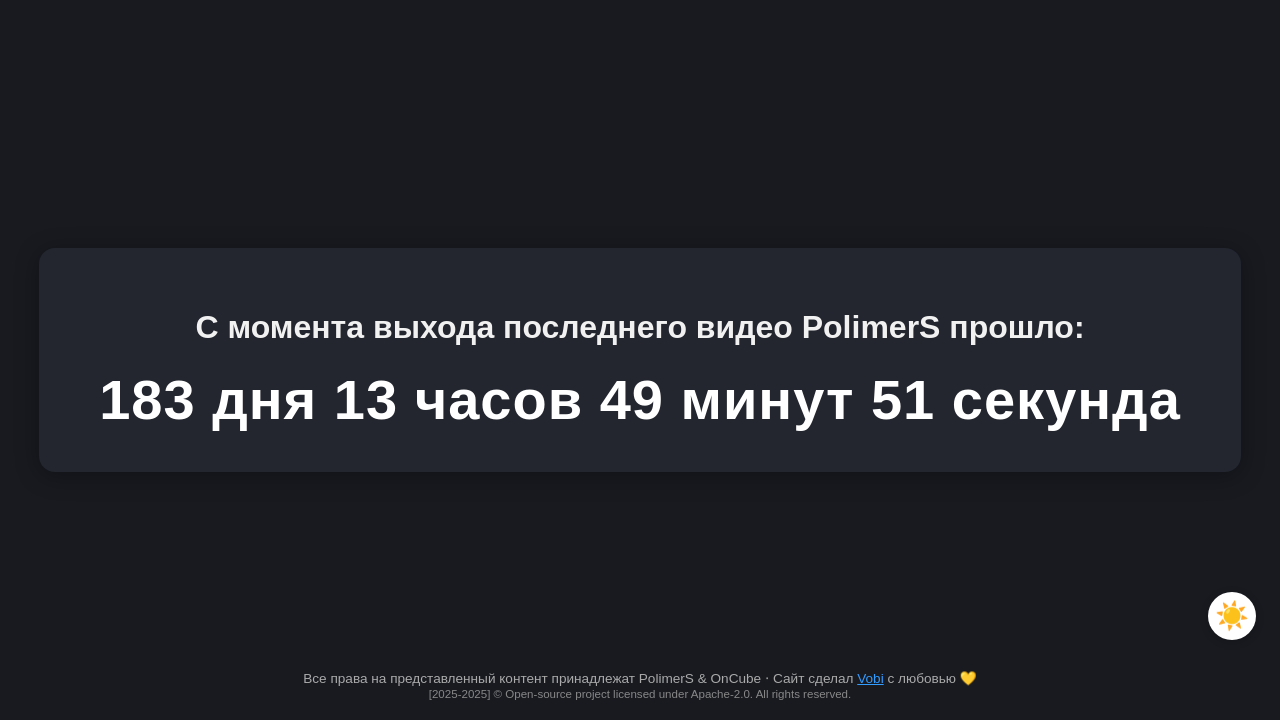
Repository: oncube-dev/OnCube-dev_website
Page: files_for_hosting/clear_html.version/index.html
An editor plug-in stored every save of this project. The page is shown before and after the next save, followed by the edit.
The browser window is 1280 px wide. The pictures show the whole page.

Above is the page before, as saved 2025-07-18 12:14:51.

### files_for_hosting/clear_html.version/index.html
<!DOCTYPE html>
<html lang="ru">
<head>
    <meta charset="UTF-8">
    <title>Платон, когда видео?</title>
    <link rel="stylesheet" href="style.css">
    <style>
        body { transition: background 0.2s, color 0.2s; }
    </style>
</head>
<body>
    <div class="timer-container">
        <h1>С момента выхода последнего видео PolimerS прошло:</h1>
        <div id="timer">Загрузка...</div>
    </div>
    <button id="theme-toggle" class="theme-toggle-btn" title="Переключить тему">🌙</button>
    <footer class="footer-note">
        Все права на представленный контент принадлежат PolimerS &amp; OnCube ⋅ Сайт сделал <a href="https://vobi.bio.link/" target="_blank" style="text-decoration:underline;">Vobi</a> с любовью 💛
        <div style="font-size:0.85em; color:#888; margin-top:2px;">
            [2025-2025] © Open-source project licensed under Apache-2.0. All rights reserved.
        </div>
    </footer>
    <script>
        const startDate = new Date('2025-01-15T11:00:00');
        function updateTimer() {
            const now = new Date();
            let diff = now - startDate;
            if (diff < 0) diff = 0;
            let seconds = Math.floor(diff / 1000);
            const days = Math.floor(seconds / (24 * 3600));
            seconds %= 24 * 3600;
            const hours = Math.floor(seconds / 3600);
            seconds %= 3600;
            const minutes = Math.floor(seconds / 60);
            seconds %= 60;
            function plural(n, one, two, five) {
                n = Math.abs(n) % 100;
                let n1 = n % 10;
                if (n > 10 && n < 20) return five;
                if (n1 > 1 && n1 < 5) return two;
                if (n1 == 1) return one;
                return five;
            }
            const daysText = plural(days, 'день', 'дня', 'дней');
            const hoursText = plural(hours, 'час', 'часа', 'часов');
            const minutesText = plural(minutes, 'минута', 'минуты', 'минут');
            const secondsText = plural(seconds, 'секунда', 'секунды', 'секунд');
            document.getElementById('timer').textContent = `${days} ${daysText} ${hours} ${hoursText} ${minutes} ${minutesText} ${seconds} ${secondsText}`;
        }
        setInterval(updateTimer, 1000);
        updateTimer();

        // Переключение темы
        const toggleBtn = document.getElementById('theme-toggle');
        const darkClass = 'dark-theme';
        let themePref = localStorage.getItem('theme');
        let isDark = themePref === null ? true : themePref === 'dark';
        setTheme(isDark);
        toggleBtn.onclick = () => {
            isDark = !isDark;
            setTheme(isDark);
            localStorage.setItem('theme', isDark ? 'dark' : 'light');
        };
        function setTheme(isDark) {
            if (isDark) {
                document.body.classList.add(darkClass);
                toggleBtn.textContent = '☀️';
            } else {
                document.body.classList.remove(darkClass);
                toggleBtn.textContent = '🌙';
            }
        }
    </script>
</body>
</html>

### files_for_hosting/clear_html.version/style.css
body {
    background: #181a20;
    color: #f1f1f1;
    font-family: Arial, sans-serif;
    margin: 0;
    padding: 0;
    height: 100vh;
    display: flex;
    align-items: center;
    justify-content: center;
}

.timer-container {
    background: #23262f;
    padding: 40px 60px;
    border-radius: 16px;
    box-shadow: 0 4px 24px rgba(0,0,0,0.32);
    text-align: center;
    color: #f1f1f1;
}

.timer-container h1 {
    font-size: 2rem;
    font-weight: bold;
    color: #f1f1f1;
}

#timer {
    font-size: 3.5rem;
    font-weight: bold;
    margin-top: 8px;
    color: #111;
    letter-spacing: 1px;
}

.footer-note {
    font-size: 0.85rem;
    color: #aaa;
    text-align: center;
    position: fixed;
    left: 0;
    width: 100vw;
    bottom: 20px;
    margin: 0;
    z-index: 100;
    box-sizing: border-box;
}

.footer-note a {
    color: #339cff;
    text-decoration: underline;
}

.theme-toggle-btn {
    position: fixed;
    right: 24px;
    bottom: 80px;
    z-index: 200;
    background: #23262f;
    color: #ffe066;
    border: none;
    border-radius: 50%;
    width: 48px;
    height: 48px;
    font-size: 1.7rem;
    cursor: pointer;
    box-shadow: 0 2px 8px rgba(0,0,0,0.18);
    transition: background 0.2s, color 0.2s;
}
.theme-toggle-btn:hover {
    background: #ffe066;
    color: #23262f;
}

body {
    background: #f5f5f5;
    color: #23262f;
}
.timer-container {
    background: #fff;
    color: #23262f;
    box-shadow: 0 4px 24px rgba(0,0,0,0.08);
}
.timer-container h1 {
    color: #23262f;
}
#timer {
    color: #111;
}
.footer-note {
    color: #888;
}
.footer-note a {
    color: #1976d2;
}

body.dark-theme {
    background: #181a20;
    color: #f1f1f1;
}
.dark-theme .timer-container {
    background: #23262f;
    color: #f1f1f1;
    box-shadow: 0 4px 24px rgba(0,0,0,0.32);
}
.dark-theme .timer-container h1 {
    color: #f1f1f1;
}
.dark-theme #timer {
    color: #fff;
}
.dark-theme .footer-note {
    color: #aaa;
}
.dark-theme .footer-note a {
    color: #339cff;
}
.dark-theme .theme-toggle-btn {
    background: #fff;
    color: #23262f;
}
.dark-theme .theme-toggle-btn:hover {
    background: #23262f;
    color: #ffe066;
}

After the next save:
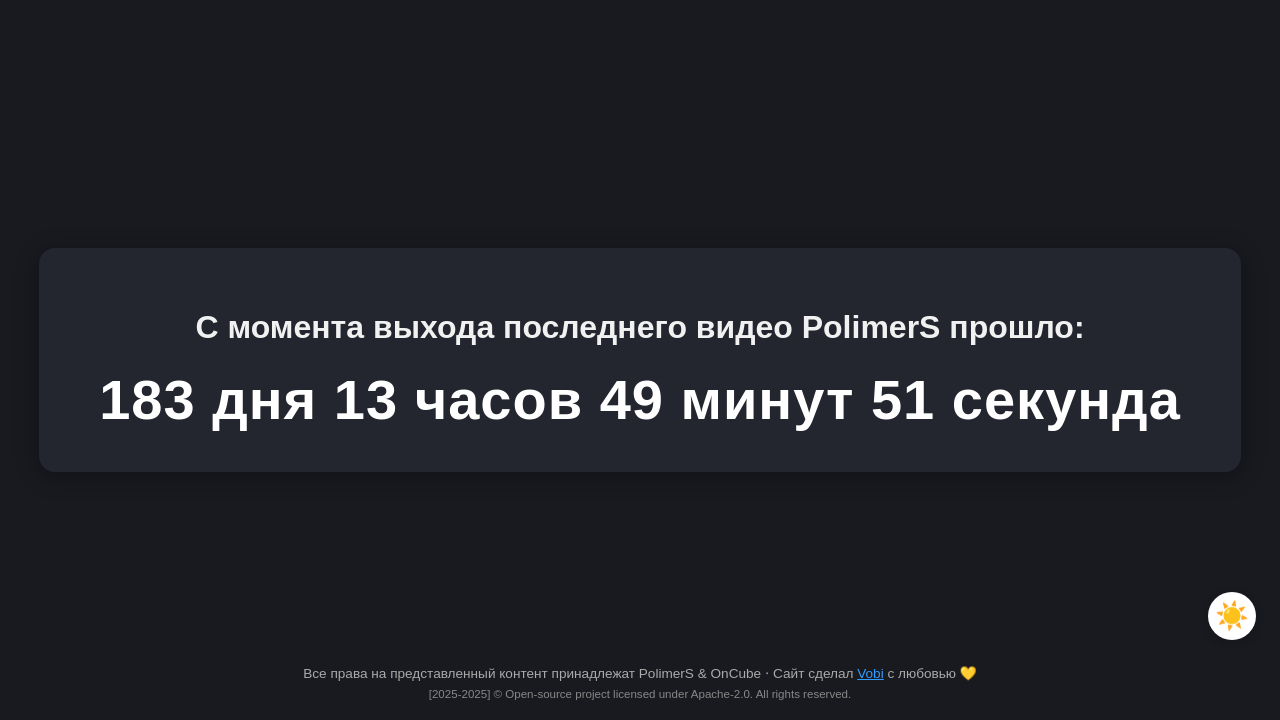
Saved 112 s later.
--- a/files_for_hosting/clear_html.version/index.html
+++ b/files_for_hosting/clear_html.version/index.html
@@ -16,7 +16,7 @@
     <button id="theme-toggle" class="theme-toggle-btn" title="Переключить тему">🌙</button>
     <footer class="footer-note">
         Все права на представленный контент принадлежат PolimerS &amp; OnCube ⋅ Сайт сделал <a href="https://vobi.bio.link/" target="_blank" style="text-decoration:underline;">Vobi</a> с любовью 💛
-        <div style="font-size:0.85em; color:#888; margin-top:2px;">
+        <div style="font-size:0.85em; color:#888; margin-top:7px;">
             [2025-2025] © Open-source project licensed under Apache-2.0. All rights reserved.
         </div>
     </footer>
